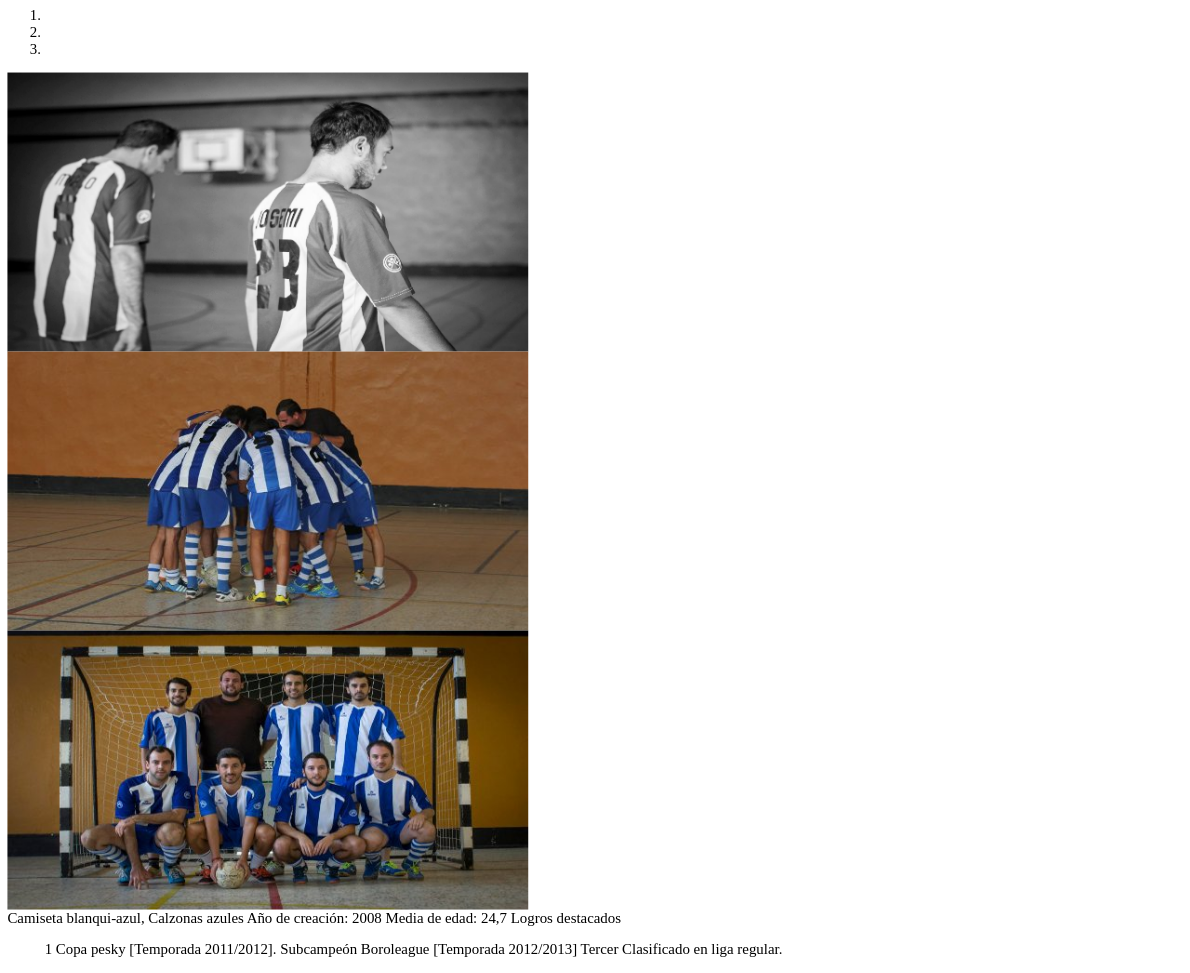
Repository: DiegoGodoy/atletiblue
Page: app/views/plantilla.html
The author's editor kept a record of every edit. The page is drawn from the files as they stood at one moment, then again after the next edit.
The browser window is 1280 px wide. The pictures show the whole page, at 93% of full size.

Above is the page before.

### app/views/plantilla.html
<div ng-controller="PlantillaCtrl" class="container" >
        <div class="row">

            <div class="col-md-12">
                <div class="panel">
                    <div class="panel-body">
                         <div id="miCarrusel" class="carousel slide col-md-7" data-ride="carousel">
                          <!-- indicadores para hacer el ciclo -->
                          <ol class="carousel-indicators">
                            <li data-target="#miCarrusel" data-slide-to="0" class="active"></li>
                            <li data-target="#miCarrusel" data-slide-to="1"></li>
                            <li data-target="#miCarrusel" data-slide-to="2"></li>
                          </ol>

                          <!-- Imágenes del slide -->
                          <div class="carousel-inner" role="listbox">
                            <div class="item active">
                              <img src="images/plantilla.jpg">
                            </div>
                            <div class="item">
                              <img src="images/plantilla2.jpg" >
                            </div>
                            <div class="item">
                              <img src="images/plantilla3.jpg">
                            </div>
                          </div>

                          <!-- botón retrasar y avanzar -->
                         <div class="left carousel-control" href="#miCarrusel"
                           role="button" data-slide="prev">
                            <span class="glyphicon glyphicon-chevron-left" ></span>
                          </div>
                          <div class="right carousel-control" href="#miCarrusel"
                           role="button" data-slide="next">
                            <span class="glyphicon glyphicon-chevron-right"></span>
                          </div>
                        </div>
                        <div class="col-md-5">
                        Camiseta blanqui-azul, Calzonas azules

                        Año de creación: 2008

                        Media de edad: 24,7

                        Logros destacados
                        <ul>
                            1 Copa pesky [Temporada 2011/2012].
                            Subcampeón Boroleague [Temporada 2012/2013]
                            Tercer Clasificado en liga regular.
                        </ul>
                        </div>
                </div>
            </div>
        </div>
    </div>

After the next edit:
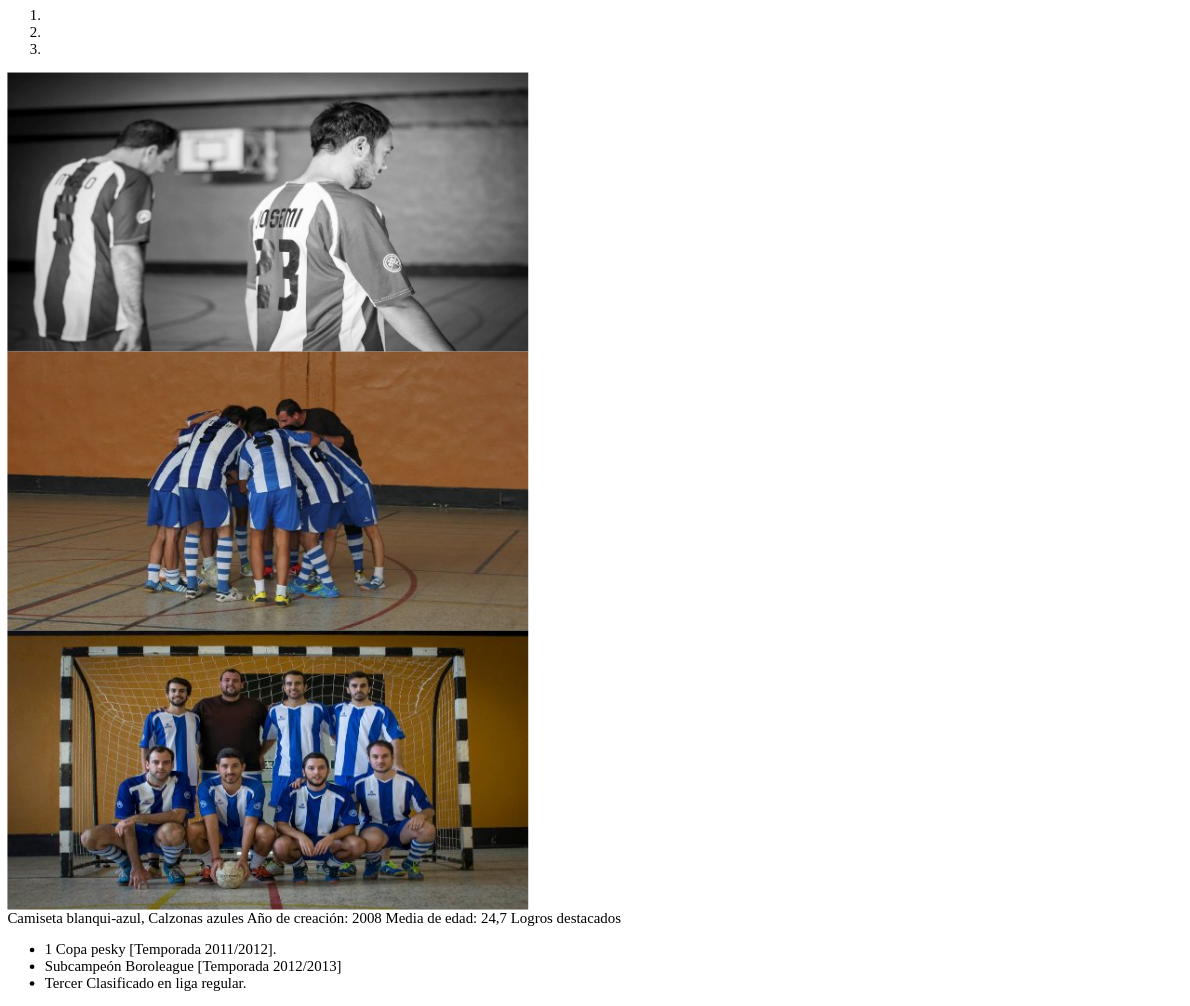
The edit:
--- a/app/views/plantilla.html
+++ b/app/views/plantilla.html
@@ -44,9 +44,9 @@
 
                         Logros destacados
                         <ul>
-                            1 Copa pesky [Temporada 2011/2012].
-                            Subcampeón Boroleague [Temporada 2012/2013]
-                            Tercer Clasificado en liga regular.
+                            <li>1 Copa pesky [Temporada 2011/2012].</li>
+                            <li>Subcampeón Boroleague [Temporada 2012/2013]</li>
+                            <li>Tercer Clasificado en liga regular.</li>
                         </ul>
                         </div>
                 </div>
